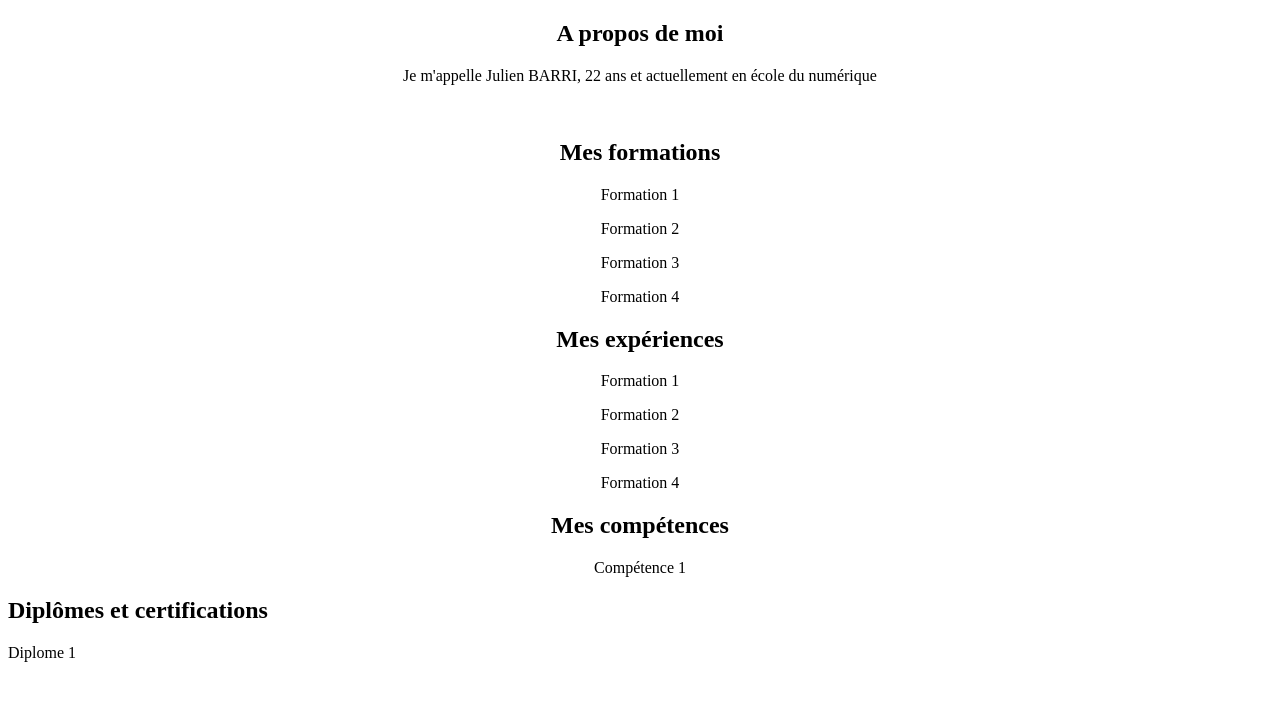
Repository: barridev/cours_devops.github.io
Page: index.html
These files come from the project's save history. The page is drawn as it stood at one moment and after a run of saves; the edit follows.
The browser window is 1280 px wide. The pictures show the whole page.

Above is the page before, as saved 2022-06-13 15:04:28.

### index.html
<!DOCTYPE html>
<html lang="en">

<head>
    <meta charset="UTF-8">
    <meta http-equiv="X-UA-Compatible" content="IE=edge">
    <meta name="viewport" content="width=device-width, initial-scale=1.0">
    <title>Document</title>
    <link rel="stylesheet" href="style.css">
</head>

<body>

    <section class="center">
        <div>
            <h1>A propos de moi</h1>
            <p>Je m'appelle Julien BARRI, 22 ans et actuellement en école du numérique</p>
            <img src="" alt="">
        </div>
    </section>

    <section class="center">
        <div class="test">
            <h2> Mes formations </h2>
            <p>Formation 1</p>
            <p>Formation 2</p>
            <p>Formation 3</p>
            <p>Formation 4</p>
        </div>
    </section>

    <section class="center">
        <div>
            <h2> Mes expériences </h2>
            <p>Formation 1</p>
            <p>Formation 2</p>
            <p>Formation 3</p>
            <p>Formation 4</p>
        </div>
    </section>

    <section class="center">
        <div>
            <h2> Mes compétences</h2>
            <p>Compétence 1</p>
        </div>

    </section>

    <section>
        <div>
            <h2> Diplômes et certifications</h2>
            <p>Diplome 1</p>
        </div>

    </section>

</body>

</html>

Loaded but not shown: style.css (common file)

After the next 2 saves:
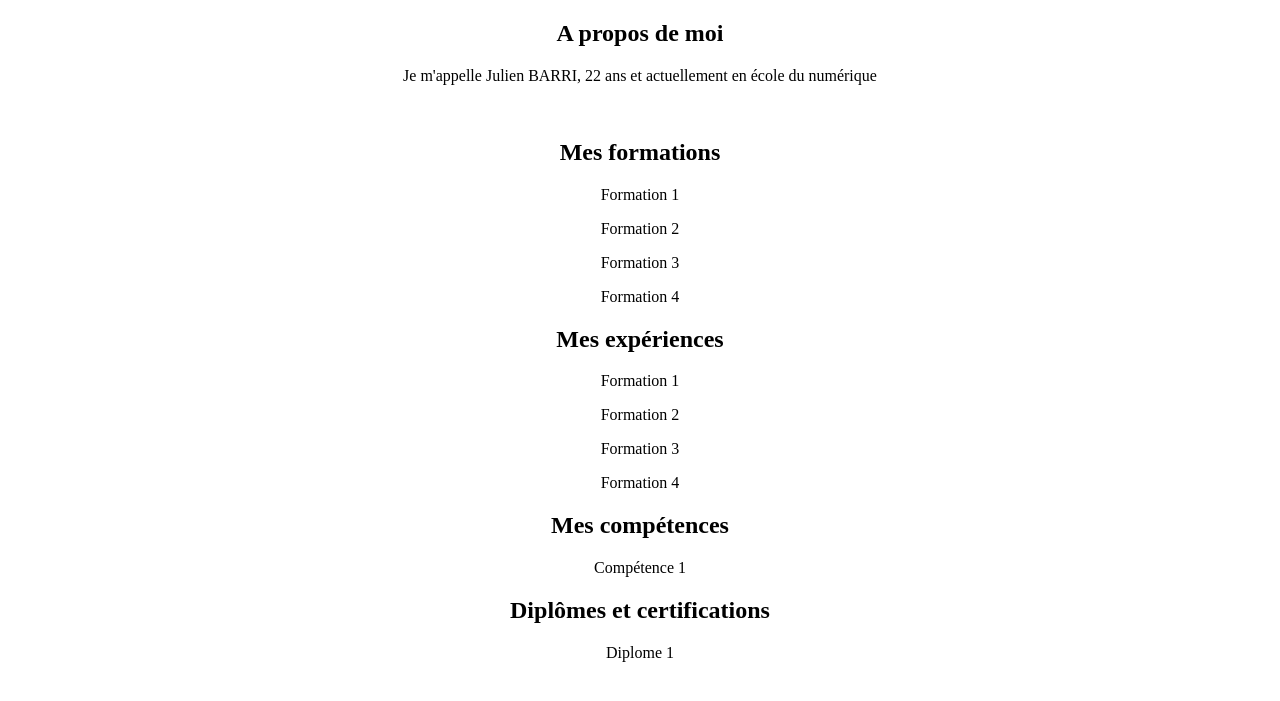
The 2 saves are shown as one change because they came seconds apart.
The last was saved 6 s later.
--- a/index.html
+++ b/index.html
@@ -47,13 +47,13 @@
 
     </section>
 
-    <section>
+    <section class="center">
         <div>
             <h2> Diplômes et certifications</h2>
             <p>Diplome 1</p>
         </div>
 
-    </section>
+    </section class="center">
 
 </body>
 
